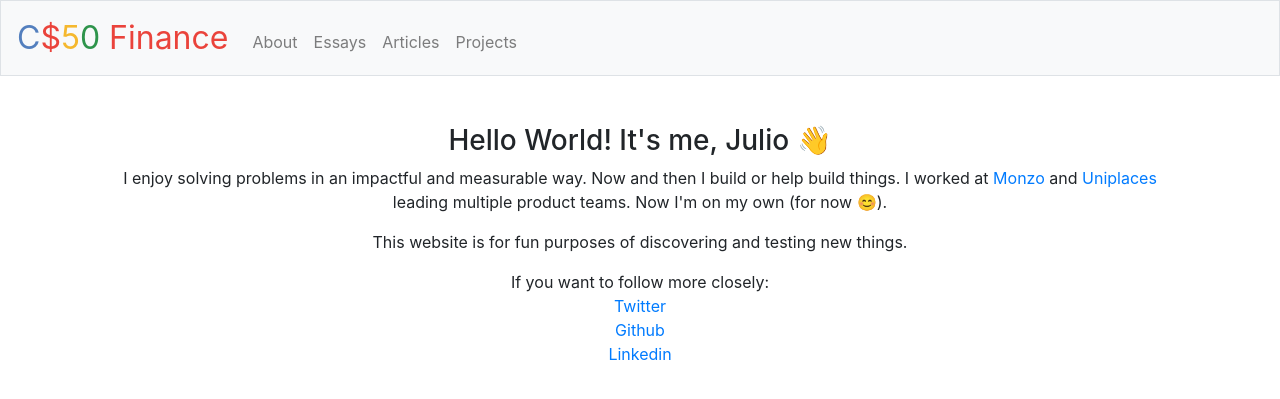
Repository: jpl0pes/cs50problems
Page: http://localhost/
The author's editor kept a record of every edit. The page is drawn from the files as they stood at one moment, then again after the next edit.
The browser window is 1280 px wide. The pictures show the whole page.
The page is served by the project's application, run on Flask 3 (final_project/application.py).

Above is the page before.

After the next edit:
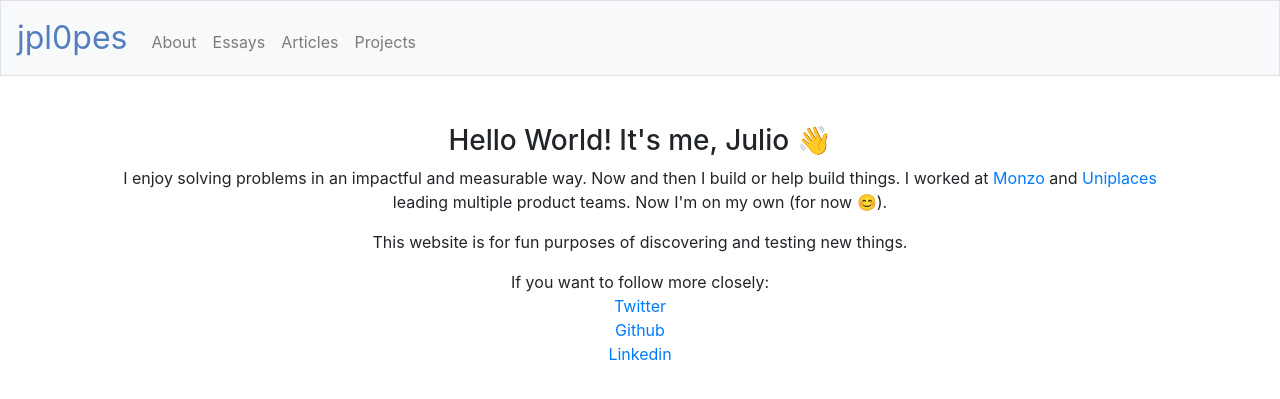
The edit:
--- a/final_project/templates/layout.html
+++ b/final_project/templates/layout.html
@@ -27,7 +27,7 @@
     <body>
 
         <nav class="navbar navbar-expand-md navbar-light bg-light border">
-            <a class="navbar-brand" href="/"><span class="blue">C</span><span class="red">$</span><span class="yellow">5</span><span class="green">0</span> <span class="red">Finance</span></a>
+            <a class="navbar-brand" href="/"><span class="blue">jpl0pes</span></a>
             <button aria-controls="navbar" aria-expanded="false" aria-label="Toggle navigation" class="navbar-toggler" data-target="#navbar" data-toggle="collapse" type="button">
                 <span class="navbar-toggler-icon"></span>
             </button>
